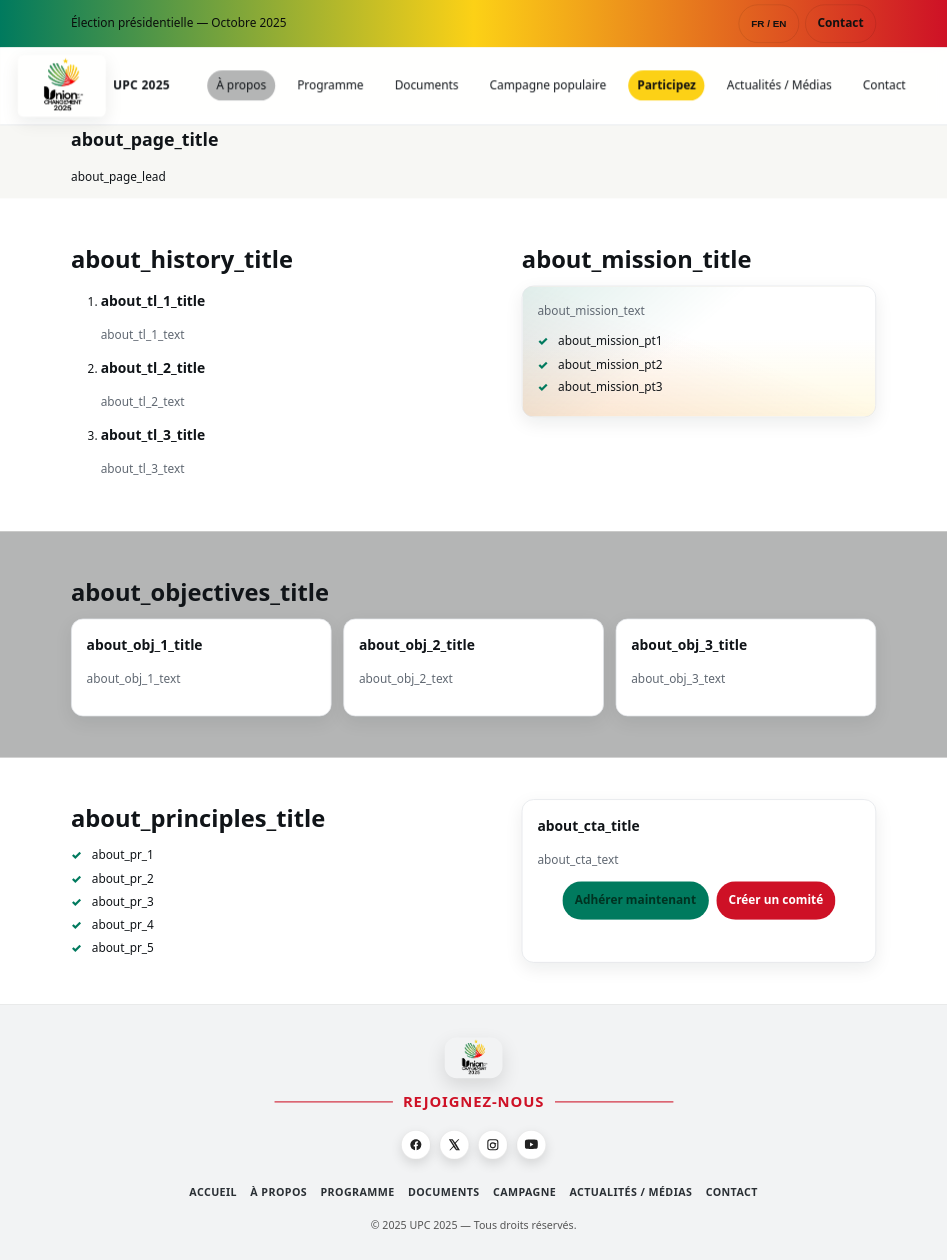
Repository: Kishny/upc2025
Page: a-propos.html
An editor plug-in stored every save of this project. The page is shown before and after the next save, followed by the edit.
The browser window is 1280 px wide. The pictures show the whole page, at 74% of full size.

Above is the page before, as saved 2025-09-11 02:58:50.

After the next save:
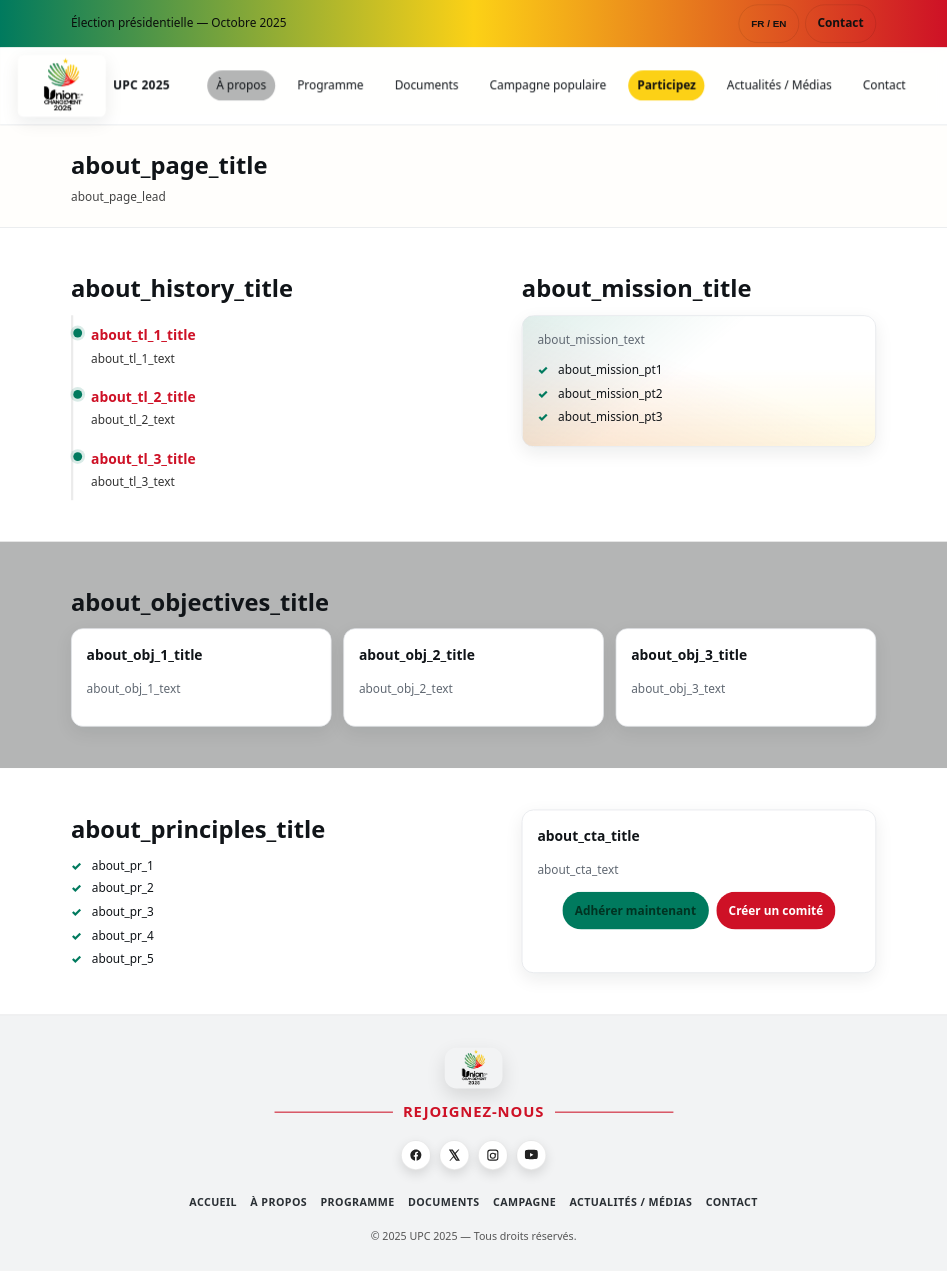
Saved 109 s later.
--- a/assets/css/styles.css
+++ b/assets/css/styles.css
@@ -585,6 +585,54 @@ textarea:focus {
 }
 
 /* =========
+   À PROPOS
+   ========= */
+/* En-tête de page compacte */
+.page-hero {
+  background: #fffefc; /* blanc cassé */
+  border-bottom: 1px solid var(--border);
+  padding: 28px 0;
+}
+.page-hero h1 {
+  margin: 0 0 6px;
+  font-size: clamp(22px, 3vw, 32px);
+}
+.page-hero__lead {
+  color: #444;
+  margin: 0;
+}
+
+/* Timeline simple */
+.timeline {
+  list-style: none;
+  margin: 0;
+  padding: 0 0 0 8px;
+  border-left: 3px solid rgba(0, 0, 0, 0.08);
+}
+.timeline li {
+  position: relative;
+  padding: 12px 0 12px 16px;
+}
+.timeline .dot {
+  position: absolute;
+  left: -8px;
+  top: 18px;
+  width: 12px;
+  height: 12px;
+  border-radius: 50%;
+  background: var(--cm-green);
+  box-shadow: 0 0 0 4px rgba(0, 122, 94, 0.15);
+}
+.timeline .content h3 {
+  margin: 0 0 4px;
+  color: var(--cm-red);
+}
+.timeline .content p {
+  margin: 0;
+  color: #333;
+}
+
+/* =========
    FOOTER (noir conservé)
    ========= */
 /* Footer style "clean" (fond clair, lignes, centré) */
